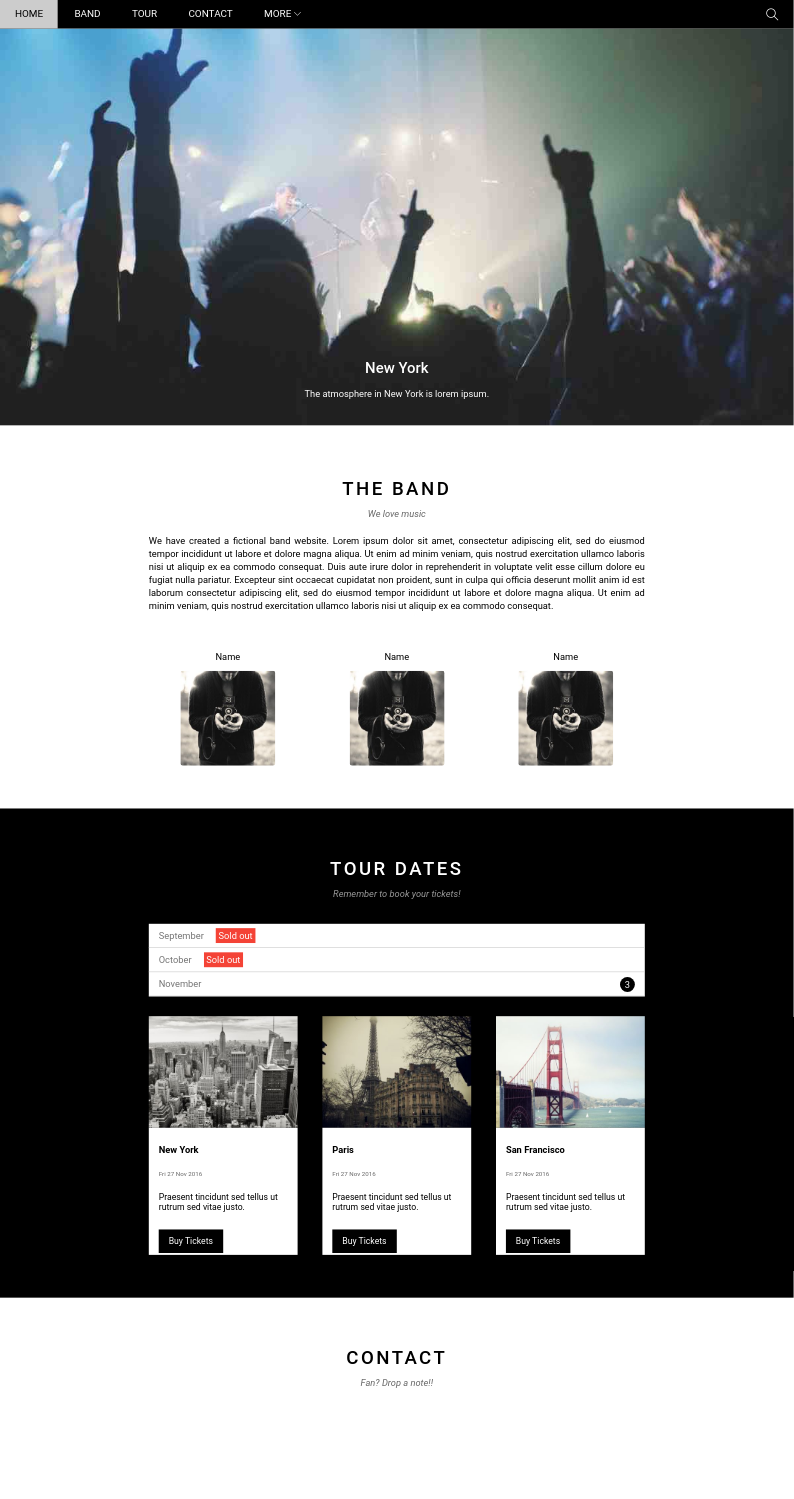
Repository: vuongld315/myLandingPage
Page: index.html
These files come from the project's save history. The page is drawn as it stood at one moment and after a run of saves; the edit follows.
The browser window is 1280 px wide. The pictures show the whole page, at 62% of full size.

Above is the page before, as saved 2022-07-27 11:08:42.

### index.html
<!DOCTYPE html>
<html lang="en">
<head>
    <meta charset="UTF-8">
    <meta http-equiv="X-UA-Compatible" content="IE=edge">
    <meta name="viewport" content="width=device-width, initial-scale=1.0">
    <title>Document</title>
    <link rel="stylesheet" href="./assets/css/main.css">
    <link rel="stylesheet" href="./assets/css/base.css">
    <link rel="stylesheet" href="./assets/fonts/themify-icons/themify-icons.css">
</head>
<body>
    <div id="main">
        <div id="header">
            <div id="nav">
                <ul>
                    <li><a href="">Home</a></li>
                    <li><a href="">Band</a></li>
                    <li><a href="">Tour</a></li>
                    <li><a href="">Contact</a></li>
                    <li>
                        <a href="#">
                            More
                            <i class="nav-arrow-down ti-angle-down"></i>
                        </a>
                        <ul class="subnav">
                            <li><a href="">Merchadise</a></li>
                            <li><a href="">Extras</a></li>
                            <li><a href="">Media</a></li>
                        </ul>
                    </li>
                </ul>
            </div>
            <div class="search-btn">
                <i class="search-icon ti-search"></i>
            </div>
        </div>

        <div id="slider">
            <div class="slider-faded">
                <img src="/assets/img/slider1.jpg" alt="">
                <div class="text-content">
                    <h2 class="text-heading">Chicago</h2>
                    <div class="text-desciption">Thank you, Chicago - A night we won't forget.</div>
                </div>
            </div>
            <div class="slider-faded">
                <img src="/assets/img/slider2.jpg" alt="">
                <div class="text-content">
                    <h2 class="text-heading">Los Angeles</h2>
                    <div class="text-desciption">We had the best time playing at Venice Beach!</div>
                </div>
            </div>
            <div class="slider-faded">
                <img src="/assets/img/slider3.jpg" alt="">
                <div class="text-content">
                    <h2 class="text-heading">New York</h2>
                    <div class="text-desciption">The atmosphere in New York is lorem ipsum.</div>
                </div>
            </div>
        </div>
        <div id="content">
            <!-- About section -->
            <div class="content-section">
                <h2 class="section-heading">THE BAND</h2>
                <p class="section-sub-heading">We love music</p>
                <p class="about-text">We have created a fictional band website. Lorem ipsum dolor sit amet, consectetur adipiscing elit, sed do eiusmod tempor incididunt ut labore et dolore magna aliqua. Ut enim ad minim veniam, quis nostrud exercitation ullamco laboris nisi ut aliquip ex ea commodo consequat. Duis aute irure dolor in reprehenderit in voluptate velit esse cillum dolore eu fugiat nulla pariatur. Excepteur sint occaecat cupidatat non proident, sunt in culpa qui officia deserunt mollit anim id est laborum consectetur adipiscing elit, sed do eiusmod tempor incididunt ut labore et dolore magna aliqua. Ut enim ad minim veniam, quis nostrud exercitation ullamco laboris nisi ut aliquip ex ea commodo consequat.</p>
                <div class="member-list">
                    <div class="member-item">
                        <p class="member-name">Name</p>
                        <div class="member-img">
                          <img src="./assets/img/bandmember.jpg" alt="" class="member-avata">
                        </div>
                    </div>
                    <div class="member-item">
                        <p class="member-name">Name</p>
                        <div class="member-img">
                          <img src="./assets/img/bandmember.jpg" alt="" class="member-avata">
                        </div>
                    </div>
                    <div class="member-item">
                        <p class="member-name">Name</p>
                        <div class="member-img">
                          <img src="./assets/img/bandmember.jpg" alt="" class="member-avata">
                        </div>
                    </div>
                </div>
            </div>
            <!-- Tour-section -->
            <div class="tour-section">
                <div class="content-section">
                    <h2 class="section-heading text-white">TOUR DATES</h2>
                    <p class="section-sub-heading text-white">Remember to book your tickets!</p>
                    <ul class="ticket-list">
                        <li>September <span class="sold-out">Sold out</span></li>
                        <li>October <span class="sold-out">Sold out</span></li>
                        <li>November <span class="quantity">3</span></li>
                    </ul>
                    <div class="tour-list-items">
                        <div class="tour-list-item">
                            <img src="./assets/img/newyork.jpg" alt="" class="tour-item-img">
                            <div class="tour-list-container">
                                <h2 class="tour-item-country">New York</h2>
                                <div class="tour-list-time">Fri 27 Nov 2016</div>
                                <p class="tour-list-text">Praesent tincidunt sed tellus ut rutrum sed vitae justo.</p>
                                <a href="#" class="tour-list-buttom text-white">Buy Tickets</a>
                            </div>
                        </div>
                        <div class="tour-list-item">
                            <img src="./assets/img/paris.jpg" alt="" class="tour-item-img">
                            <div class="tour-list-container">
                                <h2 class="tour-item-country">Paris</h2>
                                <div class="tour-list-time">Fri 27 Nov 2016</div>
                                <p class="tour-list-text">Praesent tincidunt sed tellus ut rutrum sed vitae justo.</p>
                                <a href="#" class="tour-list-buttom text-white">Buy Tickets</a>
                            </div>
                        </div>
                        <div class="tour-list-item">
                            <img src="./assets/img/sanfran.jpg" alt="" class="tour-item-img">
                            <div class="tour-list-container">
                                <h2 class="tour-item-country">San Francisco</h2>
                                <div class="tour-list-time">Fri 27 Nov 2016</div>
                                <p class="tour-list-text">Praesent tincidunt sed tellus ut rutrum sed vitae justo.</p>
                                <a href="#" class="tour-list-buttom text-white">Buy Tickets</a>
                            </div>
                        </div>
                    </div>
                </div>
            </div>
             <!-- Contact-section -->
            <div class="content-section">
                <h2 class="section-heading">CONTACT</h2>
                <p class="section-sub-heading">Fan? Drop a note!!</p>

            </div>
        </div>

        <div id="footer">

        </div>
    </div>
    <script src="./main.js"></script>
</body>
</html>

### assets/css/main.css
body    {
    margin: 0;
    padding: 0;
}

#header {
    height: 46px;
    background-color: #000;
    display: flex;
    align-items: center;
    justify-content: space-between;
    position: fixed;
    top: 0;
    right: 0;
    left: 0;
    z-index: 1;
}

#nav ul {
    padding: 0;
}

#nav li {
    display: inline-block;
    position: relative;
}

#nav > ul > li > a   {
    color: #fff;
    text-transform: uppercase;
    padding: 0 24px;
    line-height: 46px;
}

#nav li a   {
    text-decoration: none;
    font-size: 1.6rem;
    display: inline-block;

}

#nav .subnav li:hover,
#nav > ul > li:hover > a {
    color:#000;
    background-color: #ccc;

}

#nav > ul > li:hover .subnav    {
    display: block;
}

#nav .subnav    {
    display: none;
    position: absolute;
    background-color: #fff;
    width: 160px;
    box-shadow: 0 0 10px rgba(0 ,0 ,0 , .3);
}

#nav .subnav li {
    width: 100%;
    list-style: none;
    padding: 12px;

}

#nav .subnav a  {
    color: #000;
    font-size: 1.4rem;
}

.nav-arrow-down {
    font-size: 1.2rem;
}

#header .search-btn {
    font-size: 20px;
    color: #fff;
    padding: 13px 24px;
    height: 100%;
}

#header .search-btn:hover   {
    background-color: #f44336;
    cursor: pointer;
}

#slider {
    margin-top: 46px;
    position: relative;
}

.slider-faded img   {
    width: 100%;
}

.text-content  {
    position: absolute;
    color: #fff;
    bottom: 48px;
    width: 100%;
    text-align: center;
}

.text-heading   {
    font-weight: 500;
    font-size: 24px;
}

.text-desciption    {
    font-size: 15px;
    margin-top: 25px;
}
.text-white {
    color: #fff !important;
}

/* about section */

#content .content-section   {
    width: 800px;
    margin: 0 auto;
    padding: 64px 0;
}

#content .content-section .section-heading  {
    font-size: 30px;
    font-weight: 500;
    text-align: center;
    letter-spacing: 4px;
}

#content .content-section .section-sub-heading  {
    font-size: 15px;
    text-align: center;
    margin-top: 25px;
    font-style: italic;
    opacity: 0.6;
}

#content .content-section .about-text   {
    text-align: justify;
    font-size: 15px;
    margin-top: 25px;
    line-height: 1.4;
}

#content .content-section .member-list  {
    margin-top: 48px;
    display: flex;
    justify-content: space-between;
    align-items: center;
}

#content .content-section .member-name  {
    font-size: 15px;
    text-align: center;
}

#content .content-section .member-img   {
    text-align: center;
}

#content .content-section .member-avata {
    width: 60%;
    border-radius: 4px;
}


/* tour section */

#content .tour-section  {
    background-color: #000;
}

#content .tour-section .ticket-list {
    background-color: #fff;
    margin-top: 40px;
    padding: 0;
}

#content .tour-section .ticket-list > li    {
    list-style: none;
    font-size: 15px;
    padding: 11px 16px;
    margin-left: 0;
    border-bottom: 1px solid #ccc;
    color: #757575;
}

#content .tour-section .ticket-list .sold-out   {
    background-color: #f44336;
    color: #fff;
    padding: 3px 4px;
    margin-left: 16px;
}

#content .tour-section .ticket-list .quantity   {
    float: right;
    width: 24px;
    height: 24px;
    background-color: #000;
    color: #fff;
    border-radius: 50%;
    text-align: center;
    line-height: 24px;
    margin-top: -3px;
}

#content .tour-section .tour-list-items  {
    background-color: #000;
    display: flex;
    justify-content: space-between;
    margin-top: 32px;
}

#content .tour-section .tour-list-item {
    width: 30%;
    height: 390px;
    display: flex;
    flex-direction: column;
}

.tour-item-img  {
    width: 100%;
}

.tour-item-img:hover    {
    opacity: 0.6;
}

.tour-list-container    {
    padding: 16px;
    background-color: #fff;
    height: 205px;
}

.tour-list-time {
    opacity: 0.6;
    padding: 10px 0 20px;
}

.tour-list-text {
    font-size: 1.4rem;
    margin-top: 0;
}

.tour-list-buttom   {
    padding: 11px 16px;
    text-decoration: none;
    background-color: #000;
    font-size: 1.4rem;
    margin-top: 15px;
    display: inline-block;

}

.tour-list-buttom:hover   {
    opacity: 0.6;
}
#footer {

}

### assets/css/base.css
*   {
    box-sizing: inherit;
}

body    {
    padding-bottom:100px ;
}

html    {
    font-size: 62.5%;
    line-height: 1.6rem;
    font-family: 'Roboto', sans-serif;
    box-sizing: border-box;
}

.gird   {
    width: 1200px;
    max-width: 100%;
    margin: 0 auto;
}

.gird__full-width   {
    width: 100%;
}

.gird__row  {
    display: flex;
    flex-wrap: wrap;
}

### main.js
var slideIndex = 0;
var slides = document.querySelectorAll('.slider-faded');
function showSlides()   {
    for (var i = 0; i < slides.length; i++) {
        slides[i].style.display = "none";
    }
    slideIndex++;
    if (slideIndex > slides.length) {
        slideIndex = 1
    }
    slides[slideIndex-1].style.display = "block";
    setTimeout(showSlides, 2000);
}
showSlides();

Loaded but not shown: assets/fonts/themify-icons/themify-icons.css (common file)

After the next 2 saves:
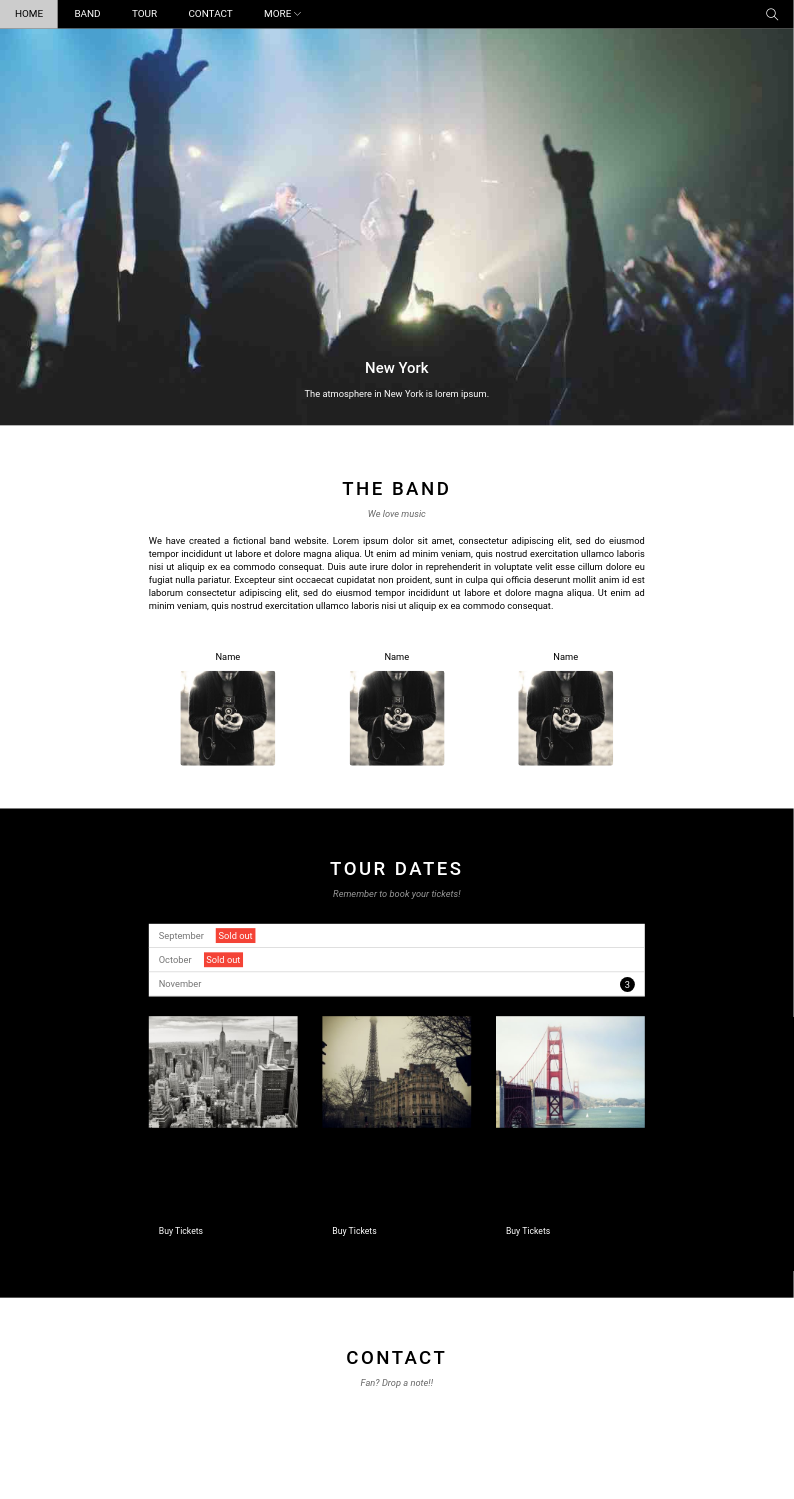
The 2 saves are shown as one change because they came seconds apart.
The last was saved 7 s later.
--- a/assets/css/main.css
+++ b/assets/css/main.css
@@ -231,7 +231,7 @@ body    {
 }
 
 .tour-list-container    {
-    padding: 16px;
+    padding: 0 0
     background-color: #fff;
     height: 205px;
 }
